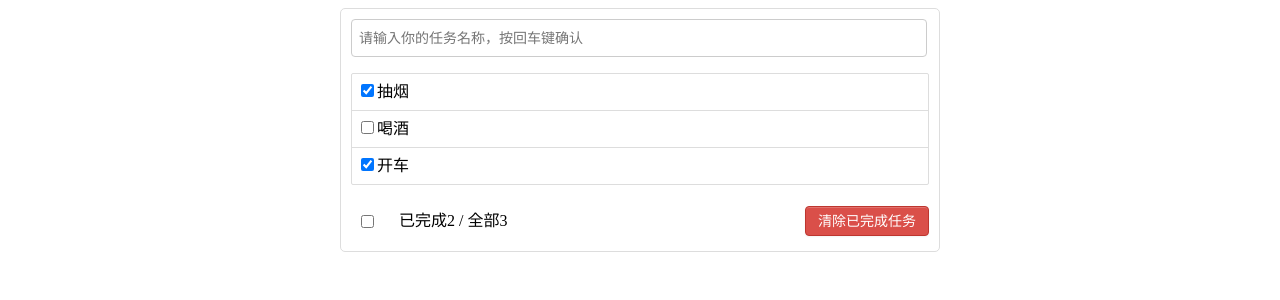
Repository: weiqsctj/TodoList
Page: /
These files come from the project's save history. The page is drawn as it stood at one moment and after a run of saves; the edit follows.
The browser window is 1280 px wide. The pictures show the whole page.
The project was rebuilt for these pictures with package versions that can differ from the ones it lists, and the page was loaded fresh each time. Also part of the build but not shown: vue.config.js.

Above is the page before, as saved 2021-12-25 16:29:10.

After the next 4 saves:
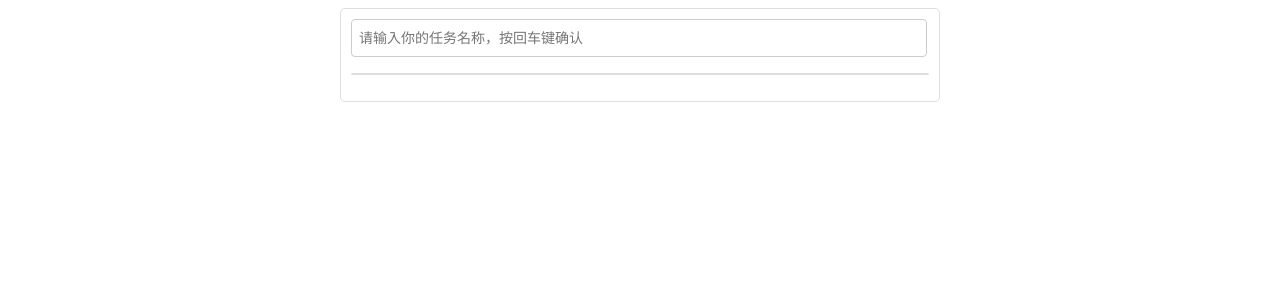
The 4 saves are shown as one change because they came seconds apart.
The last was saved 2 days later.
--- a/src/App.vue
+++ b/src/App.vue
@@ -24,9 +24,9 @@
 			return {
 				//由于todos是MyHeader组件和MyFooter组件都在使用，所以放在App中（状态提升）
 				todos:[
-					{id:'001',title:'抽烟',done:true},
-					{id:'002',title:'喝酒',done:false},
-					{id:'003',title:'开车',done:true}
+					// {id:'001',title:'抽烟',done:true},
+					// {id:'002',title:'喝酒',done:false},
+					// {id:'003',title:'开车',done:true}
 				]
 			}
 		},
